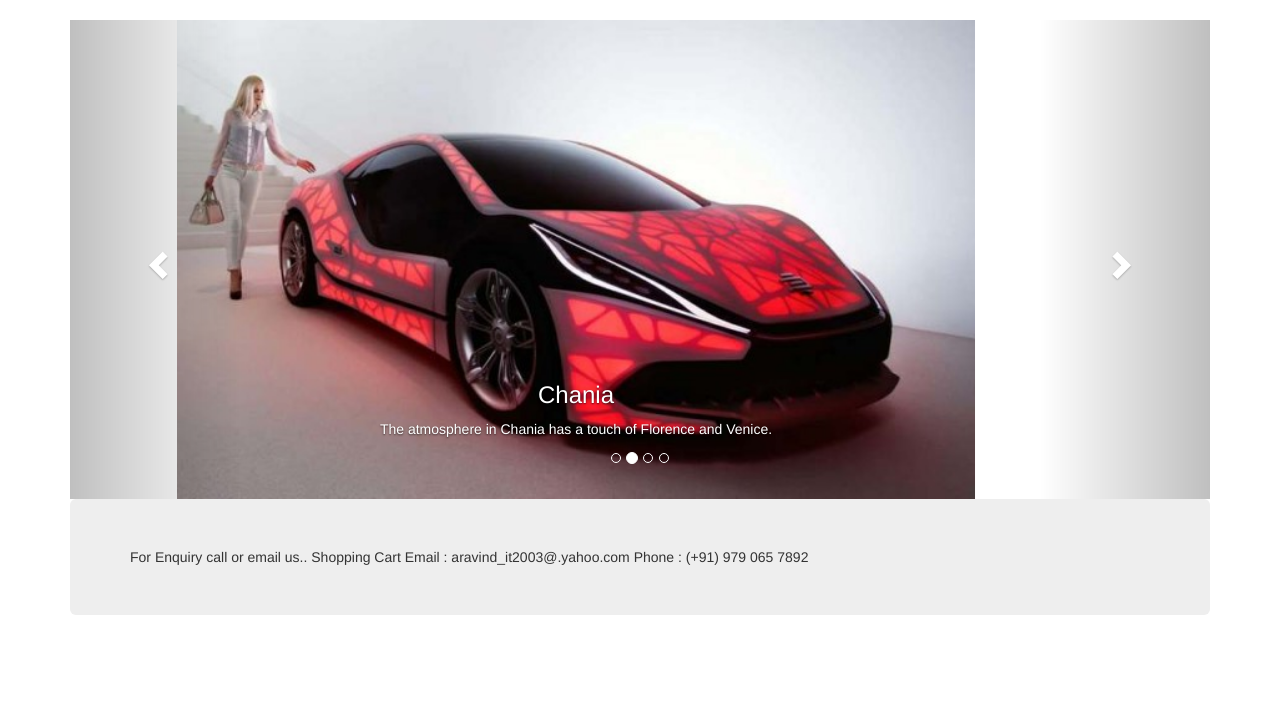
Repository: AravindMarshall/ShoppingCart
Page: http://localhost/Phineas/ContactUs.jsp
An editor plug-in stored every save of this project. The page is shown before and after the next save, followed by the edit.
The browser window is 1280 px wide. The pictures show the whole page.
The page is served by Tomcat 9. Other server files are loaded and not shown.

Above is the page before, as saved 2016-06-11 19:20:05.

### NIIT Shopping Cart/Phineas/WebContent/ContactUs.jsp
<%@ page language="java" contentType="text/html; charset=ISO-8859-1"
    pageEncoding="ISO-8859-1"%>

<!DOCTYPE html>
<html lang="en">
<head>
  <title>Contact Info</title>
  <meta charset="utf-8">
  <meta name="viewport" content="width=device-width, initial-scale=1">
  <link rel="stylesheet" href="http://maxcdn.bootstrapcdn.com/bootstrap/3.3.6/css/bootstrap.min.css">
  <script src="https://ajax.googleapis.com/ajax/libs/jquery/1.12.2/jquery.min.js"></script>
  <script src="http://maxcdn.bootstrapcdn.com/bootstrap/3.3.6/js/bootstrap.min.js"></script>
  <style>
  .carousel-inner > .item > img,
  .carousel-inner > .item > a > img {
      width: 70%;
      height: 70%;
      margin: auto;
  }
  </style>
</head>
<body>

<div class="container">
  <br>
  <div id="myCarousel" class="carousel slide" data-ride="carousel">
    <!-- Indicators -->
    <ol class="carousel-indicators">
      <li data-target="#myCarousel" data-slide-to="0" class="active"></li>
      <li data-target="#myCarousel" data-slide-to="1"></li>
      <li data-target="#myCarousel" data-slide-to="2"></li>
      <li data-target="#myCarousel" data-slide-to="3"></li>
    </ol>

    <!-- Wrapper for slides -->
    <div class="carousel-inner" role="listbox">

      <div class="item active">
        <img src="Car4.jpg" alt="Chania" width="460" height="345">
        <div class="carousel-caption">
          <h3>Chania</h3>
          <p>The atmosphere in Chania has a touch of Florence and Venice.</p>
        </div>
      </div>

      <div class="item">
        <img src="Car1.jpg" alt="Chania" width="460" height="345">
        <div class="carousel-caption">
          <h3>Chania</h3>
          <p>The atmosphere in Chania has a touch of Florence and Venice.</p>
        </div>
      </div>

      <div class="item">
        <img src="Car2.jpg" alt="Flower" width="460" height="345">
        <div class="carousel-caption">
          <h3>Flowers</h3>
          <p>Beatiful flowers in Kolymbari, Crete.</p>
        </div>
      </div>

      <div class="item">
        <img src="Car3.jpg" alt="Flower" width="460" height="345">
        <div class="carousel-caption">
          <h3>Flowers</h3>
          <p>Beatiful flowers in Kolymbari, Crete.</p>
        </div>
      </div>

    </div>

    <!-- Left and right controls -->
    <a class="left carousel-control" href="#myCarousel" role="button" data-slide="prev">
      <span class="glyphicon glyphicon-chevron-left" aria-hidden="true"></span>
      <span class="sr-only">Previous</span>
    </a>
    <a class="right carousel-control" href="#myCarousel" role="button" data-slide="next">
      <span class="glyphicon glyphicon-chevron-right" aria-hidden="true"></span>
      <span class="sr-only">Next</span>
    </a>
  </div>
<div class ="jumbotron">
For Enquiry call or email us..

Shopping Cart
Email : aravind_it2003@.yahoo.com
Phone : (+91) 979 065 7892
</div>
</div>

</body>
</html>

After the next save:
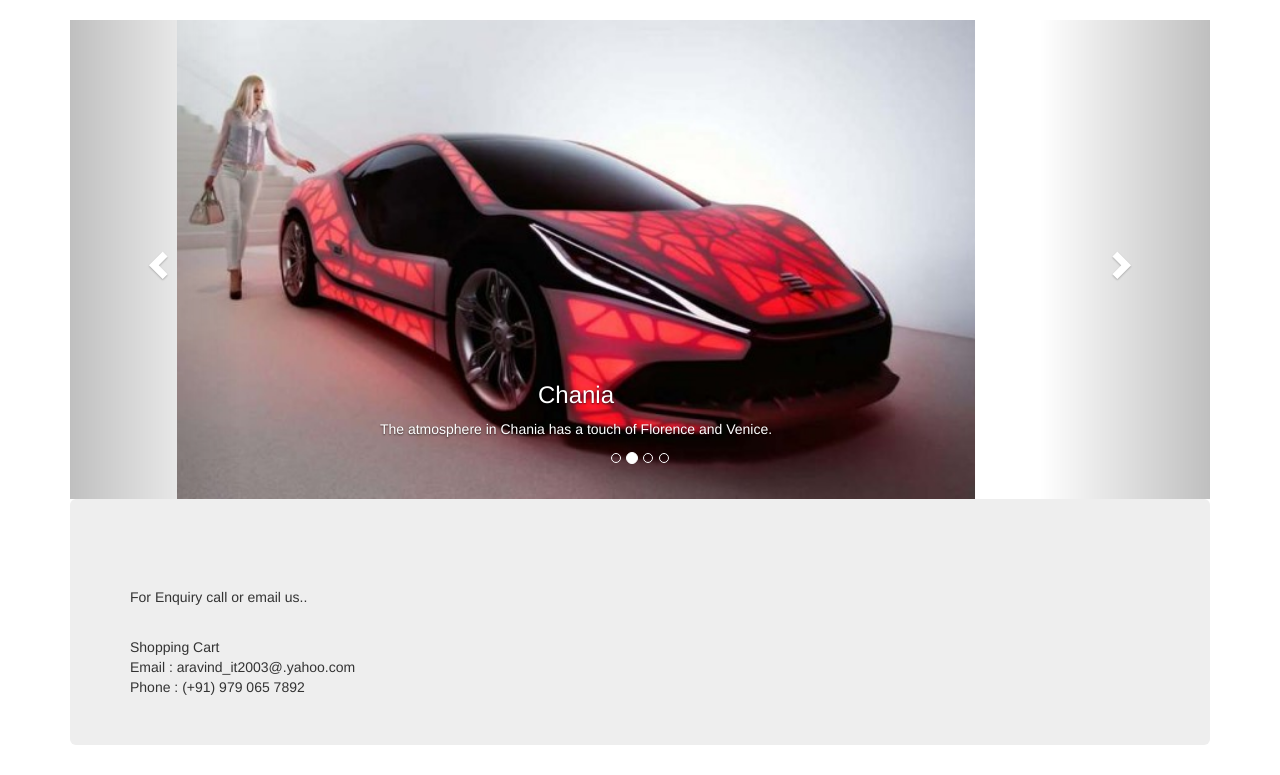
Saved 36 s later.
--- a/NIIT Shopping Cart/Phineas/WebContent/ContactUs.jsp
+++ b/NIIT Shopping Cart/Phineas/WebContent/ContactUs.jsp
@@ -80,10 +80,10 @@
     </a>
   </div>
 <div class ="jumbotron">
-For Enquiry call or email us..
+<div class="page-header">For Enquiry call or email us..</div>
 
-Shopping Cart
-Email : aravind_it2003@.yahoo.com
+Shopping Cart<br>
+Email : aravind_it2003@.yahoo.com<br>
 Phone : (+91) 979 065 7892
 </div>
 </div>
